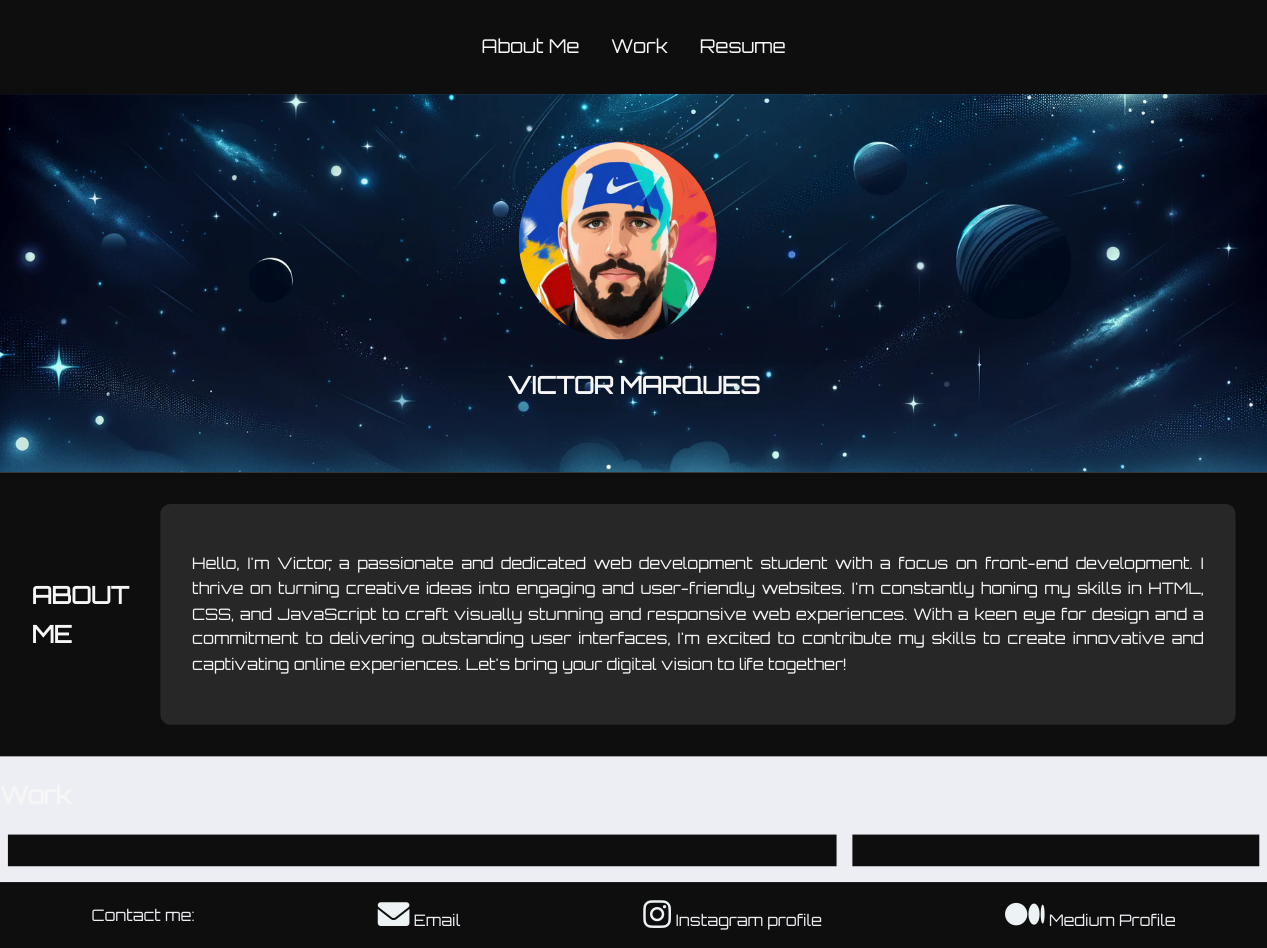
Repository: uvee35/Challenge2-Victor
Page: index.html
An editor plug-in stored every save of this project. The page is shown before and after the next save, followed by the edit.
The browser window is 1280 px wide. The pictures show the whole page, at 99% of full size.

Above is the page before, as saved 2023-12-11 21:05:31.

### index.html
<!DOCTYPE html>
<html lang="en-gb">
  <head>
    <meta charset="UTF-8" />
    <meta name="viewport" content="width=device-width, initial-scale=1.0" />
    <meta http-equiv="X-UA-Compatible" content="ie=edge" />
    <title>Victor Marques Portfolio</title>
    <link rel="stylesheet" href="assets/style.css" />
    <link
      href="https://cdnjs.cloudflare.com/ajax/libs/font-awesome/6.0.0-beta3/css/all.min.css"
      rel="stylesheet"
    />
    <link
      href="https://fonts.googleapis.com/css?family=Orbitron&display=swap"
      rel="stylesheet"
    />
  </head>

  <body>
    <header class="header">
      <nav class="header__nav">
        <ul class="nav__list">
          <li class="nav__item">
            <a href="#about" class="nav__link">About Me</a>
          </li>
          <li class="nav__item"><a href="#work" class="nav__link">Work</a></li>
          <li class="nav__item">
            <a href="#resume" class="nav__link">Resume</a>
          </li>
        </ul>
      </nav>
    </header>

    <section class="hero-banner">
      <div class="hero-banner__content">
        <img src="..///assets/victor.JPG" alt="Victor" class="about__image" />
        <h1>VICTOR MARQUES</h1>
      </div>
    </section>

    <main class="page-wrapper">
      <section class="about-section">
        <h2 class="about-title">ABOUT ME</h2>
        <div class="about-box">
          <p class="about-me-text">
            Hello, I'm Victor, a passionate and dedicated web development
            student with a focus on front-end development. I thrive on turning
            creative ideas into engaging and user-friendly websites. I'm
            constantly honing my skills in HTML, CSS, and JavaScript to craft
            visually stunning and responsive web experiences. With a keen eye
            for design and a commitment to delivering outstanding user
            interfaces, I'm excited to contribute my skills to create innovative
            and captivating online experiences. Let's bring your digital vision
            to life together!
          </p>
        </div>
      </section>

      <section class="page-section" id="work">
        <h2>Work</h2>
        <div class="work__projects">
          <a class="project project--featured"></a>
          <div class="project">
            <!-- Other project content -->
          </div>
          <!-- Repeat for other projects as necessary -->
        </div>
      </section>
    </main>

    <footer class="footer">
      <div class="footer__contact-info">
        <span class="footer__contact-header">Contact me: </span>
        <a href="mailto:victormarquesrina@hotmail.com" class="contact-link">
          <i class="fas fa-envelope social-icon"></i>
          <span>Email</span>
        </a>
        <a href="https://www.instagram.com/Uvee35" class="contact-link">
          <i class="fab fa-instagram social-icon"></i>
          <span>Instagram profile</span>
        </a>
        <a href="https://medium.com/@victor5.vm58" class="contact-link">
          <i class="fab fa-medium social-icon"></i>
          <span>Medium Profile</span>
        </a>
      </div>
    </footer>
  </body>
</html>

### assets/style.css
:root {
  --primary-color: #edeef3;
  --secondary-color: #0e0e0e;
  --accent-color: #edf2f4;
  --font-color: #f6f6f6;
  --font-family: 'Orbitron', sans-serif;
}

*,
*::before,
*::after {
  box-sizing: border-box;
}

body {
  font-family: var(--font-family);
  color: var(--font-color);
  background-color: var(--primary-color);
  line-height: 1.6;
  margin: 0;
  padding: 0;
  display: flex;
  flex-direction: column;
  min-height: 100vh;
}

.header {
  display: flex;
  justify-content: center; /* This will center the navigation items */
  align-items: center; /* This will vertically center the items if the header has a specific height */
  padding: 1rem;
  background-color: #0e0e0e;
}


.nav__list {
  display: flex;
  justify-content: center; /* Center the list items horizontally */
  align-items: center; /* Center the list items vertically */
  list-style: none;
  padding: 0; /* Remove default padding */
}


.nav__item {
  margin: 0 1rem;
}

.nav__link {
  color: var(--font-color);
  text-decoration: none;
  font-size: 1.2rem;
}

.hero-banner {
  background-image: url('..//assets/background.png');
  background-size: cover;
  background-position: center;
  padding: 3rem 0;
  text-align: center;
  display: flex;
  align-items: center;
  justify-content: center;
}

.hero-banner__subtitle {
  color: var(--accent-color);
  font-size: 2rem;
  background: white; /* Remove any background color */
  display: inline-block;
  padding: 0.5rem 1rem;
}
.about__image {
  width: 200px;
  height: 200px;
  border-radius: 50%;
  object-fit: cover;
  margin-right: 2rem;
}

.about-section {
  background-color: var(--secondary-color);
  padding: 2rem;
  display: flex;
  justify-content: space-between;
  align-items: center;

}

.about-title {
  color: var(--font-color);
  font-size: 1.5rem;
  margin-right: 2rem; /* Adjust space between title and box */
}

.about-box {
  flex-grow: 1;
  background: rgba(255, 255, 255, 0.1); /* Semi-transparent white */
  padding: 2rem;
  border-radius: 10px;
  color: var(--font-color);
  font-size: 1rem;
  text-align: justify;
}

.work__projects {
  display: flex;
  flex-wrap: wrap;
  gap: 1rem;
  justify-content: center;
}

.project {
  background-color: var(--secondary-color);
  padding: 1rem;
  width: calc(33.333% - 1rem);
  margin-bottom: 1rem;
}

.project--featured {
  width: calc(66.666% - 1rem);
}

.project img {
  max-width: 100%;
  height: auto;
  border: 3px solid var(--accent-color);
}

.footer {
  background-color: var(--secondary-color);
  color: var(--primary-color);
  text-align: center;
  padding: 1rem 0;
  display: flex;
  justify-content: space-around;
  align-items: center;
  margin-top: auto; /* Pushes the footer to the bottom */
}

.footer a {
  color: var(--primary-color);
  text-decoration: none;
}

.footer__contact-info {
  display: flex;
  justify-content: space-around;
  align-items: center;
  width: 100%;
}

.social-icon {
  font-size: 2rem;
  color: var(--accent-color);
}

/* Media Queries for Responsive Design */
@media (max-width: 768px) {
  .project {
    width: calc(50% - 1rem);
  }

  .project--featured {
    width: 100%;
  }

  .about-box {
    width: 100%;
  }
}

@media (max-width: 480px) {
  .nav__list {
    flex-direction: column;
    align-items: center;
  }

  .nav__item {
    margin-bottom: 0.5rem;
  }

  .project,
  .project--featured {
    width: 100%;
  }

  .about-section {
    flex-direction: column;
    text-align: center;
  }

  .about-title {
    margin: 0 0 1rem 0;
  }
}

After the next save:
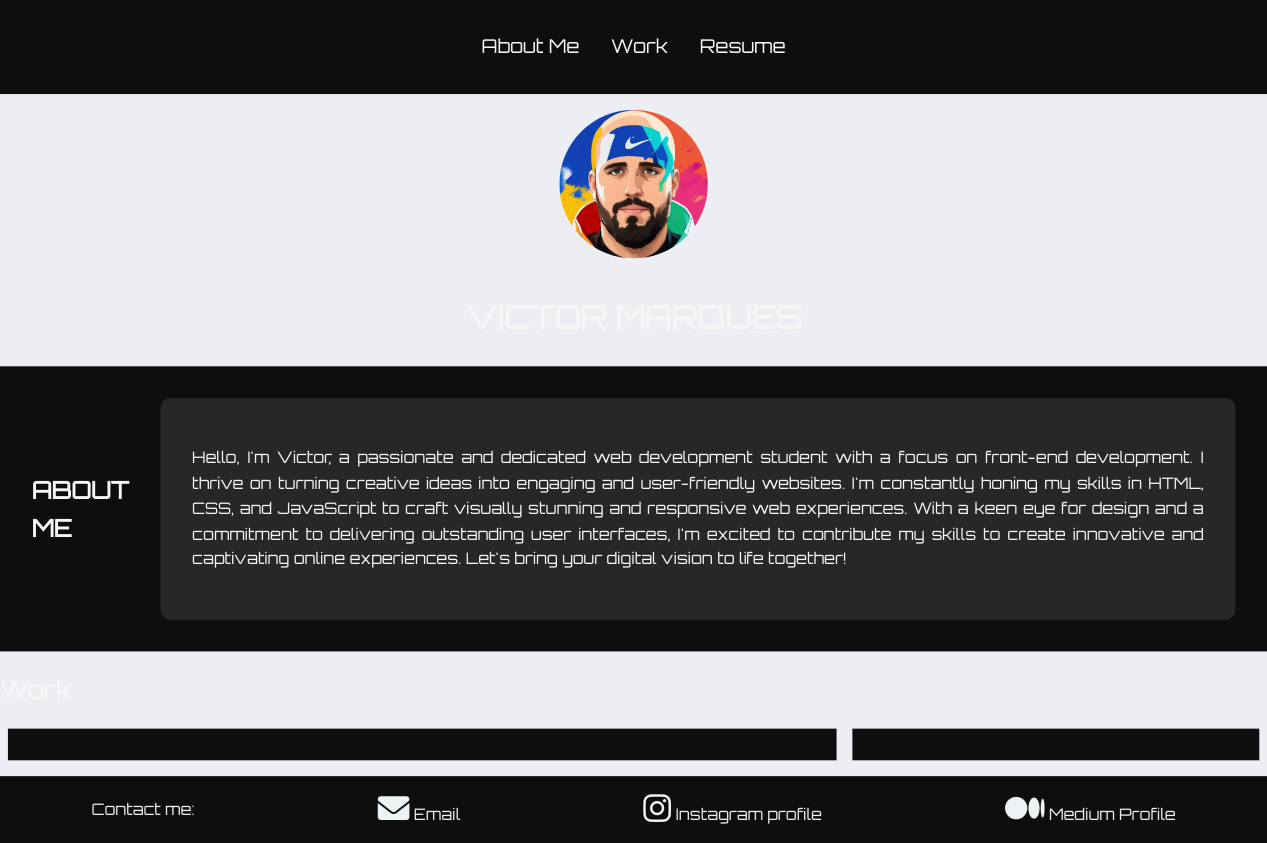
Saved 86 min 45 s later.
--- a/assets/style.css
+++ b/assets/style.css
@@ -53,30 +53,28 @@
 }
 
 .hero-banner {
-  background-image: url('..//assets/background.png');
-  background-size: cover;
-  background-position: center;
-  padding: 3rem 0;
-  text-align: center;
-  display: flex;
-  align-items: center;
-  justify-content: center;
+  padding: 1rem; /* Reduced padding */
+  text-align: center; /* Center content */
 }
 
-.hero-banner__subtitle {
-  color: var(--accent-color);
-  font-size: 2rem;
-  background: white; /* Remove any background color */
-  display: inline-block;
-  padding: 0.5rem 1rem;
+.hero-banner__content {
+  /* If you want to limit the width of the content area */
+  max-width: 600px; /* Adjust as needed */
+  margin: auto; /* Center the content area if max-width is set */
 }
+
+.hero-banner h1 {
+  font-size: 2rem; /* Smaller font size for the main heading */
+  margin-bottom: 0.5rem; /* Adjust spacing as needed */
+}
+
 .about__image {
-  width: 200px;
-  height: 200px;
-  border-radius: 50%;
-  object-fit: cover;
-  margin-right: 2rem;
+  width: 150px; /* New, smaller width */
+  height: 150px; /* New, smaller height */
+  border-radius: 50%; /* To keep the circular shape */
+  object-fit: cover; /* To maintain aspect ratio */
 }
+
 
 .about-section {
   background-color: var(--secondary-color);
